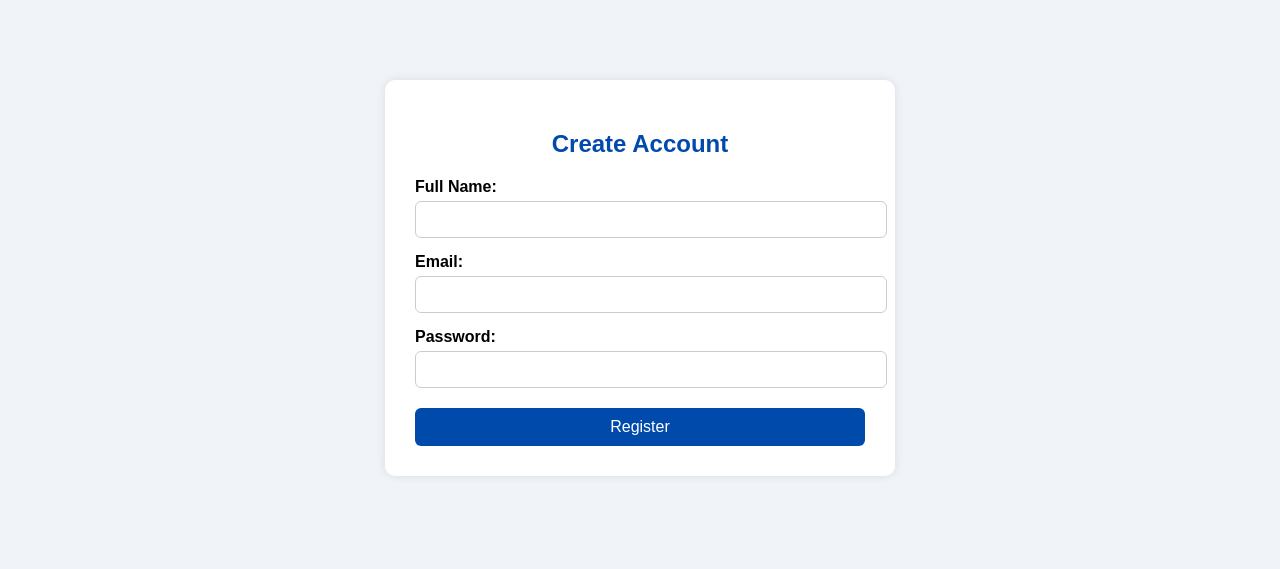
Repository: subhashadhikari057/LibraryManagementSystem
Page: http://localhost/LibraryReservationSystem/jsp/register.jsp
The author's editor kept a copy of each file at every save. The page is drawn from the files as they stood at one save, then again after the next save.
The browser window is 1280 px wide. The pictures show the whole page.
The page is served by Tomcat 9. Nobody is signed in. The application's start-up code is not run.

Above is the page before, as saved 2025-05-07 18:20:39.

After the next save:
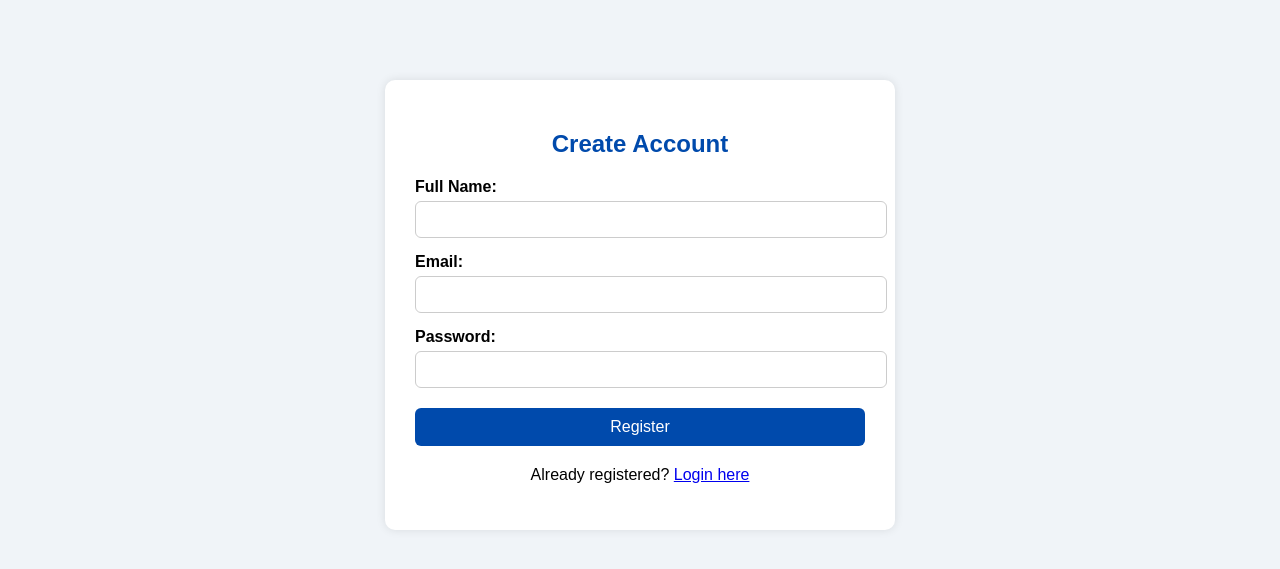
Saved 31 s later.
--- a/LibraryReservationSystem/src/main/webapp/jsp/register.jsp
+++ b/LibraryReservationSystem/src/main/webapp/jsp/register.jsp
@@ -75,6 +75,10 @@
 
             <button type="submit">Register</button>
         </form>
+        <p style="text-align:center; margin-top: 20px;">
+    Already registered?
+    <a href="login.jsp">Login here</a>
+</p>
 
         <% String msg = request.getParameter("msg");
            if ("exists".equals(msg)) { %>
